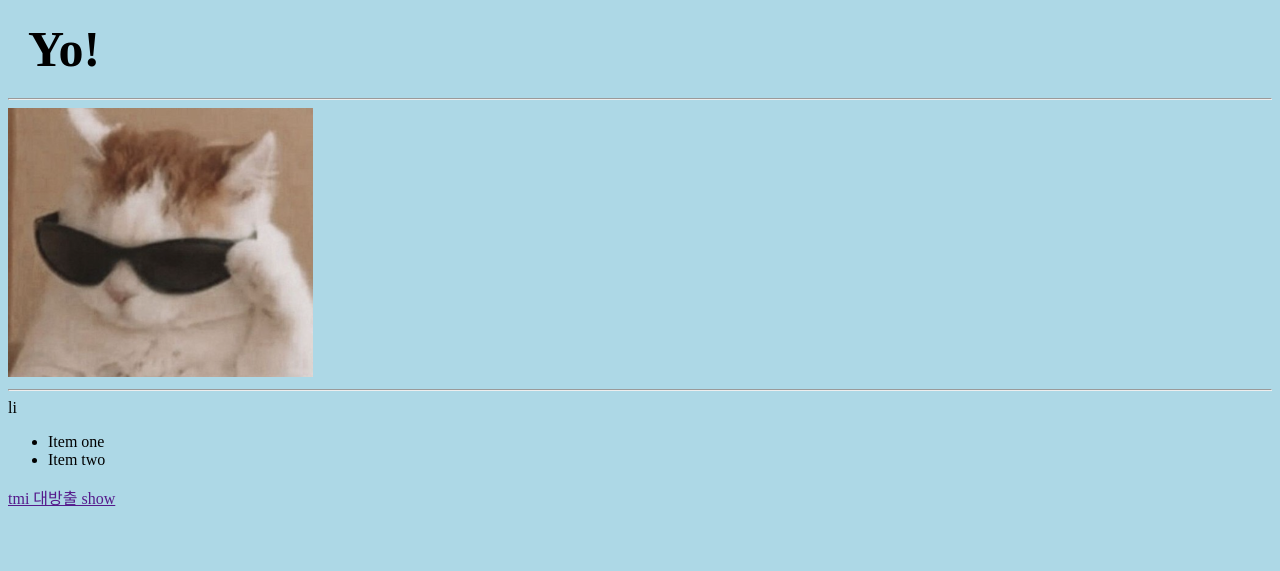
Repository: tjfgk97/sts3
Page: http://localhost/spring-first/hi
These files come from the project's save history. The page is drawn as it stood at one moment and after the next save; the edit follows.
The browser window is 1280 px wide. The pictures show the whole page.
The page is served by Tomcat 9. Other server files are loaded and not shown.

Above is the page before, as saved 2024-02-01 07:07:46.

### spring-first/src/main/webapp/WEB-INF/views/intro.jsp
<%@ page language="java" contentType="text/html; charset=UTF-8"
    pageEncoding="UTF-8"%>
<!DOCTYPE html>
<html>
<head>
<meta charset="UTF-8">
<title>Intro</title>
<style type="text/css">
@import url("resources/css/intro.css");
</style>
</head>
<body>
	<p>Yo!</p>
	<hr>
	<img alt="" src="resources/images/ganzi.png">
	<hr>
	<div>
	li<ul>
  <li> Item one </li>
  <li> Item two </li>
</ul>

	<a href="">tmi 대방출 show</a>
	</div>

</body>
</html>

### spring-first/src/main/webapp/resources/css/intro.css
@charset "UTF-8";

body {
	background-color: lightblue;
}

p {
	font-size: 50px;
	font-weight: bold;
	margin: 20px 20px;
}

After the next save:
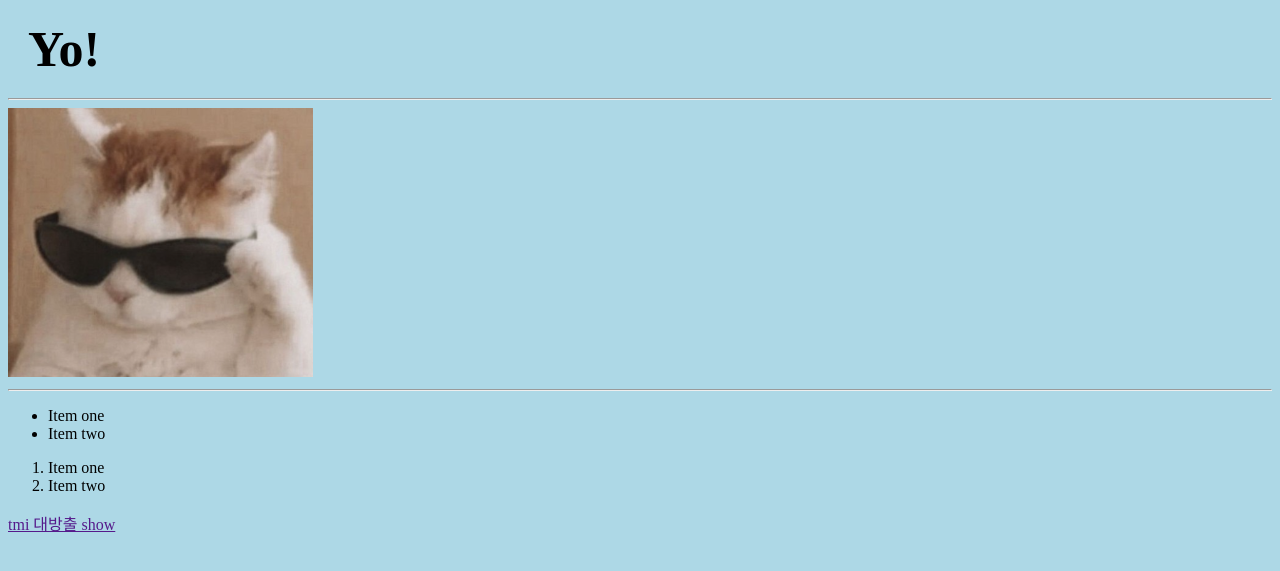
Saved 16 s later.
--- a/spring-first/src/main/webapp/WEB-INF/views/intro.jsp
+++ b/spring-first/src/main/webapp/WEB-INF/views/intro.jsp
@@ -15,10 +15,15 @@
 	<img alt="" src="resources/images/ganzi.png">
 	<hr>
 	<div>
-	li<ul>
+<ul>
   <li> Item one </li>
   <li> Item two </li>
 </ul>
+<ol>
+  <li> Item one </li>
+  <li> Item two </li>
+</ol>
+
 
 	<a href="">tmi 대방출 show</a>
 	</div>
